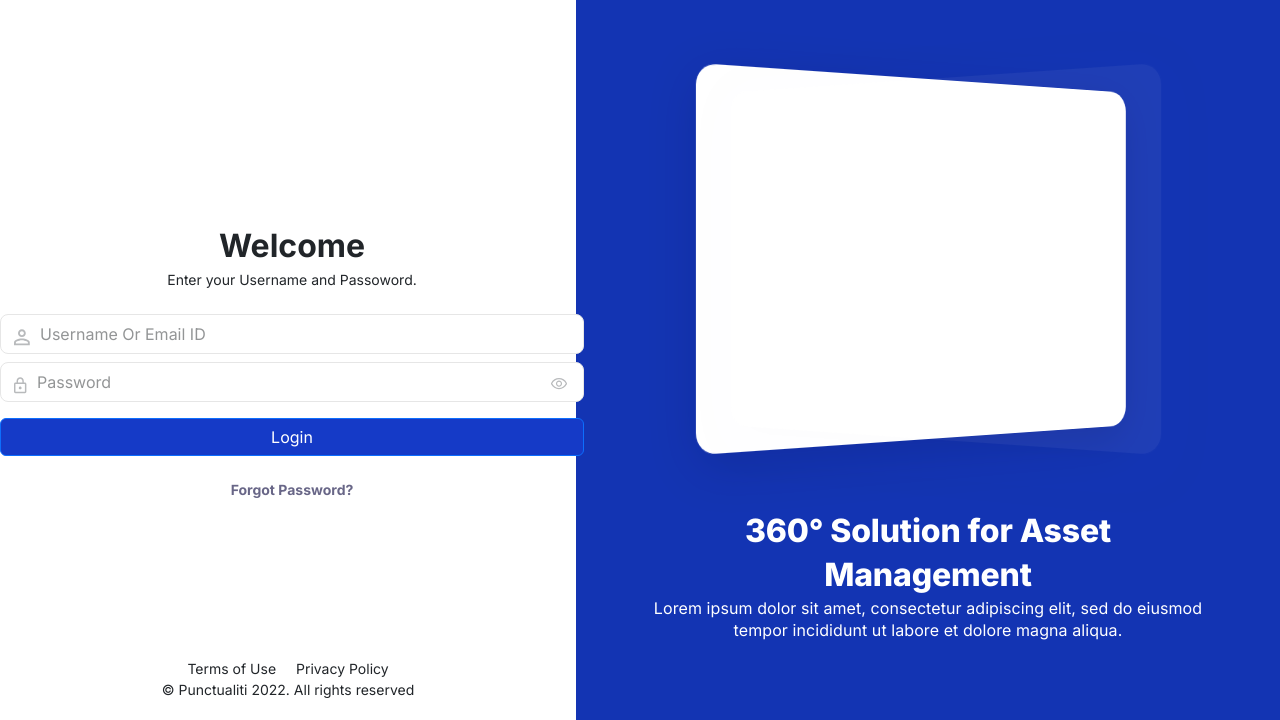
Repository: TauqeerHusain/Vouch-digital
Page: /
The author's editor kept a copy of each file at every save. The page is drawn from the files as they stood at one save, then again after a run of saves.
The browser window is 1280 px wide. The pictures show the whole page.
The project was rebuilt for these pictures with package versions that can differ from the ones it lists, and the page was loaded fresh each time. Also part of the build but not shown: src/styles/Dashboard.css, src/Components/Dashboard/Aside.js, src/Components/Dashboard/Board.js, src/Components/Dashboard/index.js, src/styles/AddClintNav.css, src/Components/AddClint/AddClintNav.js, src/Components/CreateProfile/CrContent.js, src/Components/CreateProfile/index.js and 14 more.

Above is the page before, as saved 2023-03-15 15:27:35.

After the next 2 saves:
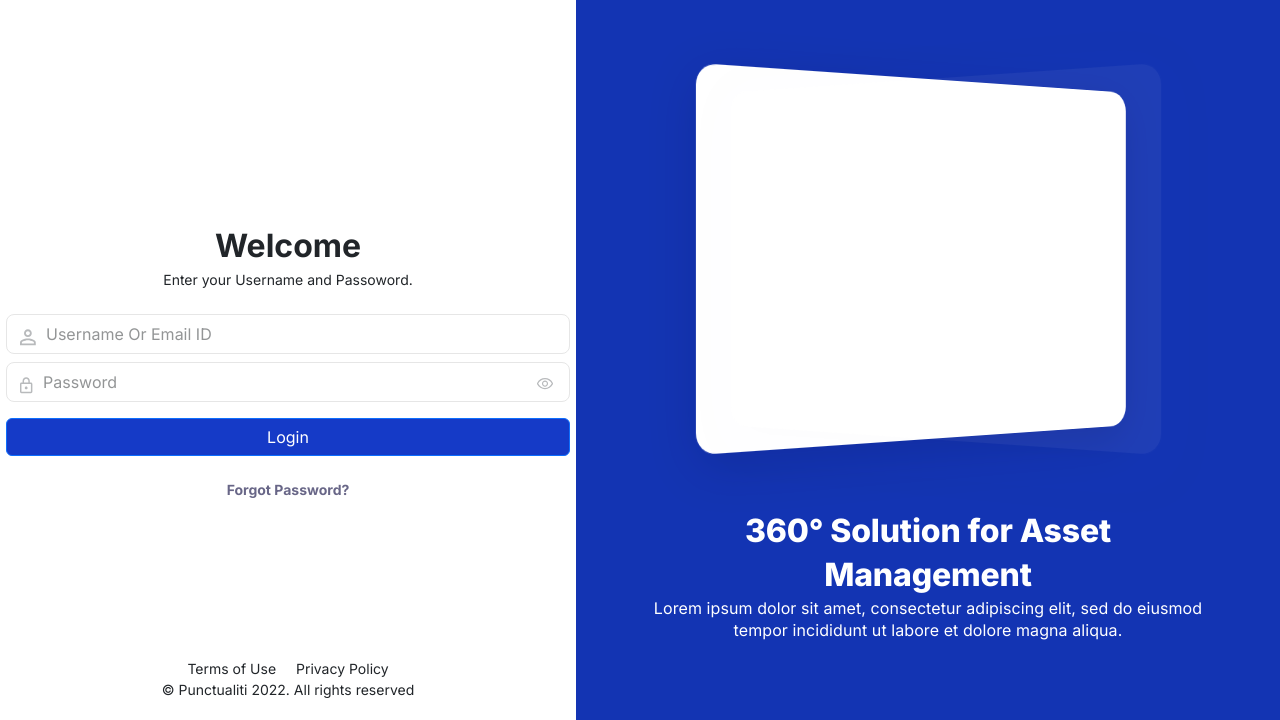
The 2 saves are shown as one change because they came seconds apart.
The last was saved 8 s later.
--- a/src/styles/LoginAct.css
+++ b/src/styles/LoginAct.css
@@ -78,7 +78,7 @@
 }
 
 .input-control {
-    width: 540px;
+    width: 520px;
 
     position: relative;
 }
